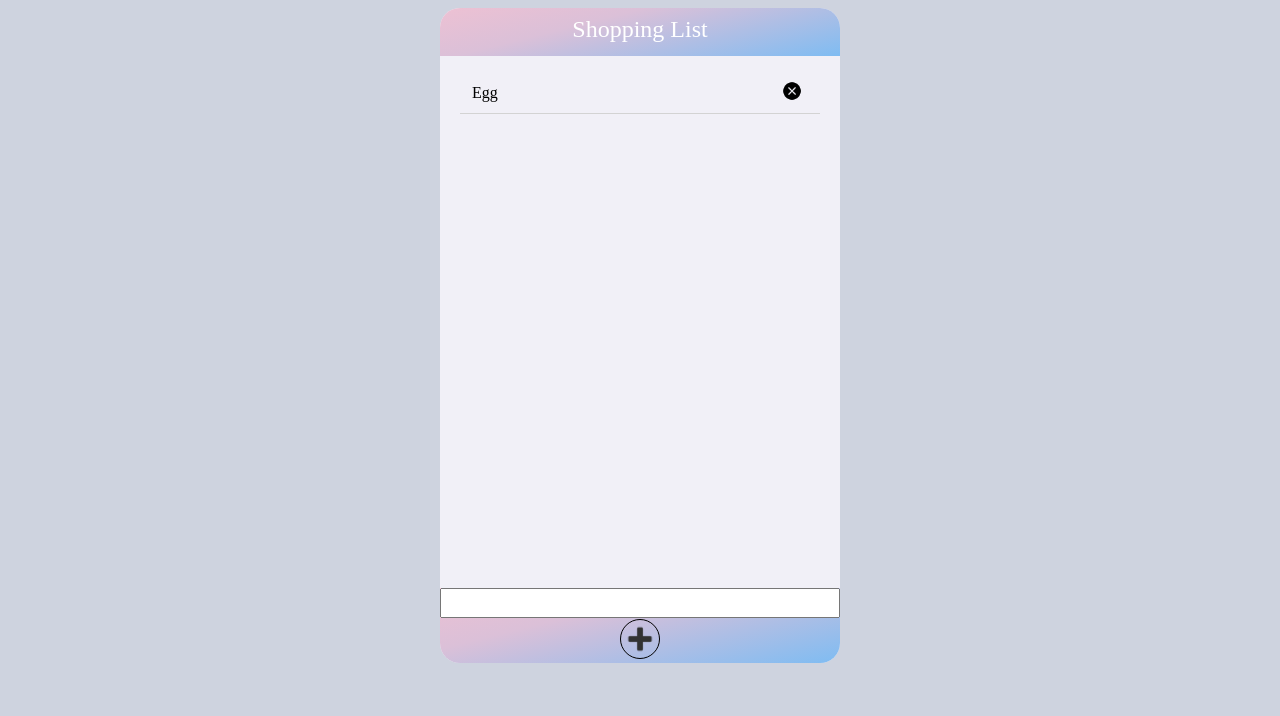
Repository: yoon-dh/JS_Prac
Page: shopping_list/shopping_list.html
An editor plug-in stored every save of this project. The page is shown before and after the next save, followed by the edit.
The browser window is 1280 px wide. The pictures show the whole page.

Above is the page before, as saved 2023-06-21 22:25:22.

### shopping_list/shopping_list.html
<!DOCTYPE html>
<html lang="en">
  <head>
    <meta charset="UTF-8" />
    <meta http-equiv="X-UA-Compatible" content="IE=edge" />
    <meta name="viewport" content="width=device-width, initial-scale=1.0" />
    <title>Document</title>
    <link rel="stylesheet" href="style.css" />
    <script src="main.js" defer></script>
  </head>
  <body>
    <section class="list">
      <header class="header">Shopping List</header>
      <ul class="items">
        <li class="item_row">
          <div class="item">
            <span class="item_name">Egg</span>
            <button class="item_delete_btn">
              <img class="item_delete" src="image/delete-button.png" alt="" />
            </button>
          </div>
          <div class="item_divider"></div>
        </li>
      </ul>
      <footer class="footer">
        <input class="footer_input" type="text" />
        <button class="footer_button">
          <img class="item_plus" src="image/plus-icon-black-2.png" alt="" />
        </button>
      </footer>
    </section>
  </body>
</html>

### shopping_list/style.css
* {
  box-sizing: border-box;
}

ul {
  padding: 0;
}

body {
  background-color: #ced3df;
  text-align: center;
}

button {
  outline: none;
  border: none;
  background: transparent;
  cursor: pointer;
}

.list {
  width: 400px;
  margin: auto;
  background-color: #f1f0f7;
  border-radius: 20px;
}

.header {
  height: 48px;
  padding: 8px;
  font-size: 24px;
  background: rgba(237, 193, 211);
  background: linear-gradient(
    166deg,
    rgba(237, 193, 211, 1) 0%,
    rgba(219, 192, 216, 1) 35%,
    rgba(127, 188, 242, 1) 100%
  );
  border-radius: 20px 20px 0px 0px;
  color: white;
}

.items {
  height: 500px;
  overflow-y: auto;
}

.item {
  display: flex;
  justify-content: space-between;
  padding: 8px 32px;
  align-items: center;
}

.item_divider {
  width: 90%;
  height: 1px;
  background-color: lightgray;
  margin: auto;
}

.item_delete {
  width: 20px;
  height: 20px;
}

.item_plus {
  width: 40px;
  height: 40px;
  border: 1.5px solid black;
  border-radius: 50%;
}

.footer {
  background: rgba(237, 193, 211);
  background: linear-gradient(
    166deg,
    rgba(237, 193, 211, 1) 0%,
    rgba(219, 192, 216, 1) 35%,
    rgba(127, 188, 242, 1) 100%
  );

  border-radius: 0px 0px 20px 20px;

  display: flex;
  flex-direction: column;
}

.footer_input {
  width: 100%;
  height: 30px;
}

Loaded but not shown: shopping_list/main.js (no copy from this time; the picture is the same without it)

After the next save:
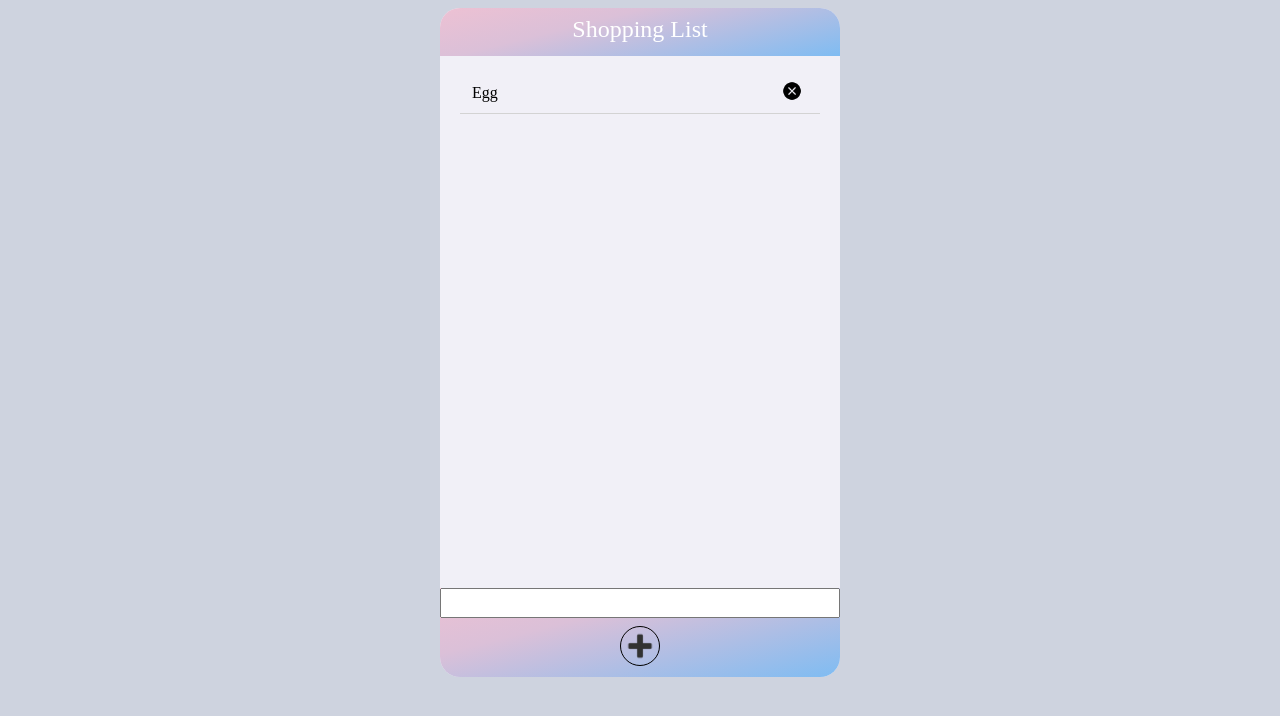
Saved 45 s later.
--- a/shopping_list/style.css
+++ b/shopping_list/style.css
@@ -64,6 +64,10 @@ button {
   height: 20px;
 }
 
+.footer_button {
+  padding: 8px;
+}
+
 .item_plus {
   width: 40px;
   height: 40px;
